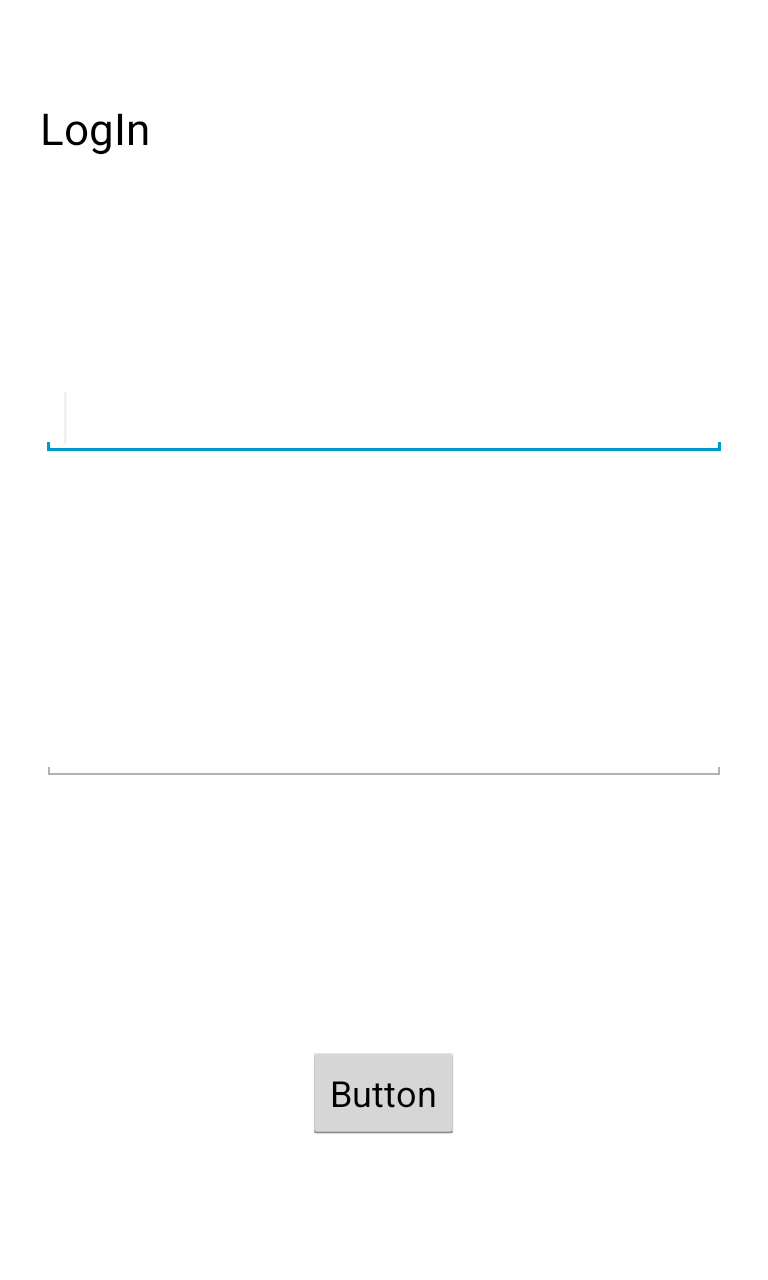
Repository: soumen91/GridView
Layout: TestForCustomDiaogue/res/layout/custom.xml
The author's editor kept a copy of each file at every save. The layout is drawn from the files as they stood at one save, then again after the next save.
It is drawn on a 768 x 1280 px phone screen (xhdpi) without system bars, with theme AppTheme; the app's code is not run.

Above is the layout before, as saved 2013-06-21 11:51:15.

### TestForCustomDiaogue/res/layout/custom.xml
<?xml version="1.0" encoding="UTF-8"?>
    <LinearLayout xmlns:android="http://schemas.android.com/apk/res/android"
        android:layout_width="fill_parent"
        android:layout_height="fill_parent" >

        <LinearLayout
            android:layout_width="fill_parent"
            android:layout_height="match_parent"
            android:orientation="vertical" >

            <LinearLayout
                android:layout_width="match_parent"
                android:layout_height="wrap_content"
                android:layout_weight="1"
                android:orientation="vertical" >

                <LinearLayout
                    android:layout_width="match_parent"
                    android:layout_height="wrap_content"
                    android:layout_weight=".40"
                    android:gravity="center"
                    android:orientation="vertical" >

                    <TextView
                        android:id="@+id/textView1"
                        android:layout_width="wrap_content"
                        android:layout_height="wrap_content"
                        android:layout_marginLeft="20dp"
                        android:layout_gravity="left"
                        android:text="LogIn"
                        android:textAppearance="?android:attr/textAppearanceLarge" />

                </LinearLayout>
                 <LinearLayout
                    android:layout_width="match_parent"
                    android:layout_height="wrap_content"
                    android:layout_weight="1"
                    android:orientation="vertical" >

                     <LinearLayout
                         android:layout_width="match_parent"
                         android:layout_height="wrap_content"
                         android:layout_weight="1"
                         android:gravity="center"
                         android:orientation="vertical" >

                         <EditText
                             android:id="@+id/editText1"
                             android:layout_width="match_parent"
                             android:layout_height="wrap_content"
                              android:layout_marginRight="20dp"
                             android:layout_marginLeft="20dp"
                             android:ems="10" >

                             <requestFocus />
                         </EditText>

                     </LinearLayout>
                     <LinearLayout
                         android:layout_width="match_parent"
                         android:layout_height="wrap_content"
                         android:layout_weight="1"
                         android:gravity="center"
                         android:orientation="vertical" >

                         <EditText
                             android:id="@+id/editText2"
                             android:layout_width="match_parent"
                             android:layout_height="wrap_content"
                             android:layout_marginRight="20dp"
                             android:layout_marginLeft="20dp"
                             android:ems="10" />

                     </LinearLayout>

                </LinearLayout>

            </LinearLayout>
            <LinearLayout
                android:layout_width="match_parent"
                android:layout_height="wrap_content"
                android:layout_weight=".40"
                android:gravity="center"
                android:orientation="vertical" >

                <Button
                    android:id="@+id/button1"
                    android:layout_width="wrap_content"
                    android:layout_height="wrap_content"
                    android:text="Button" />

            </LinearLayout>

        </LinearLayout>

    </LinearLayout>

Loaded but not shown: TestForCustomDiaogue/res/values/styles.xml (common file); TestForCustomDiaogue/res/values-v11/styles.xml (common file); TestForCustomDiaogue/res/values-v14/styles.xml (common file)

After the next save:
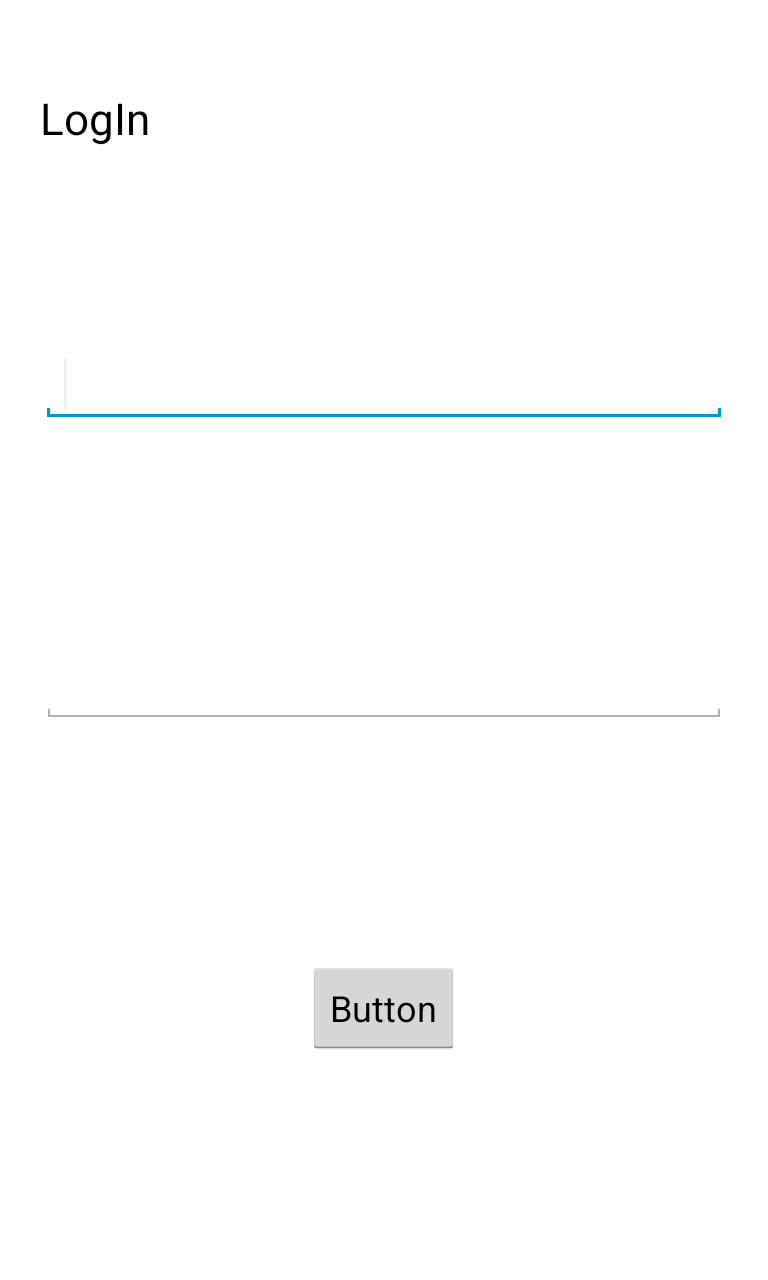
Saved 47 s later.
--- a/TestForCustomDiaogue/res/layout/custom.xml
+++ b/TestForCustomDiaogue/res/layout/custom.xml
@@ -87,6 +87,7 @@
                     android:id="@+id/button1"
                     android:layout_width="wrap_content"
                     android:layout_height="wrap_content"
+                    android:layout_marginBottom="50dp"
                     android:text="Button" />
 
             </LinearLayout>
